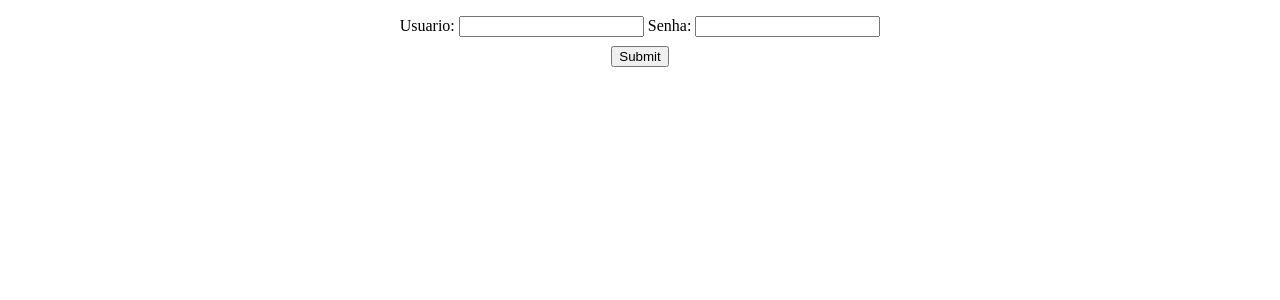
Repository: leonerdy-666/Estudos
Page: http://localhost/JavaWeb/Site.jsp
An editor plug-in stored every save of this project. The page is shown before and after the next save, followed by the edit.
The browser window is 1280 px wide. The pictures show the whole page.
The page is served by Tomcat 9.

Above is the page before, as saved 2023-04-10 23:09:39.

### Udemy/Projeto/JavaWeb/src/main/webapp/Site.jsp
<%@ page language="java" contentType="text/html; charset=ISO-8859-1"
	pageEncoding="ISO-8859-1"%>
<!DOCTYPE html PUBLIC "-//W3C//DTD HTML 4.01 Transitional//EN" "http://www.w3.org/TR/html4/loose.dtd">
<html>
<head>
<meta http-equiv="Content-Type" content="text/html; charset=ISO-8859-1">
<title>Insert title here</title>
</head>
<body>
	<form action="">
		<table align="center" cellspacing="7">
			<tr>
				<td>Usuario: <input type="text"> Senha: <input
					type="password"></td>
			</tr>
			<tr>
				<td align="center"><input type="submit"></td>
			</tr>

		</table>
	</form>
</body>
</html>

After the next save:
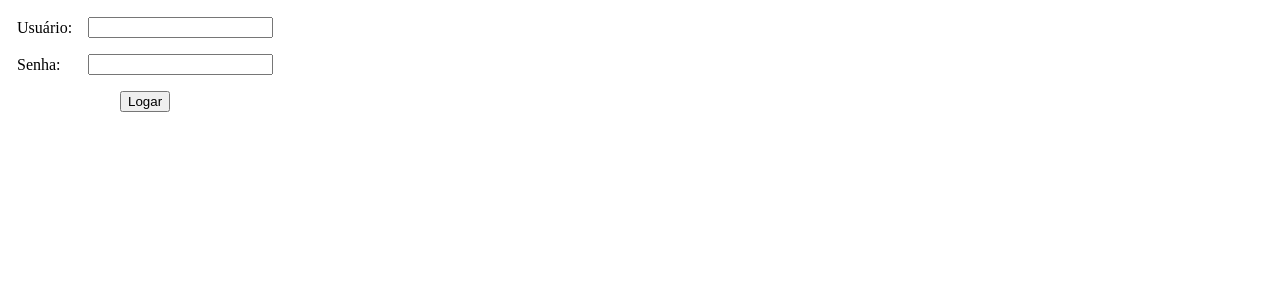
Saved 89 s later.
--- a/Udemy/Projeto/JavaWeb/src/main/webapp/Site.jsp
+++ b/Udemy/Projeto/JavaWeb/src/main/webapp/Site.jsp
@@ -8,15 +8,19 @@
 </head>
 <body>
 	<form action="">
-		<table align="center" cellspacing="7">
+		<table cellpadding="7">
 			<tr>
-				<td>Usuario: <input type="text"> Senha: <input
-					type="password"></td>
+				<td>Usuário:</td>
+				<td><input type="text" name="txtUsuario" /></td>
 			</tr>
 			<tr>
-				<td align="center"><input type="submit"></td>
+				<td>Senha:</td>
+				<td><input type="text" name="txtSenha" /></td>
 			</tr>
-
+			<tr>
+				<td colspan="2" align="center"><input type="submit"
+					value="Logar" onClick="validarLogin()"></td>
+			</tr>
 		</table>
 	</form>
 </body>
